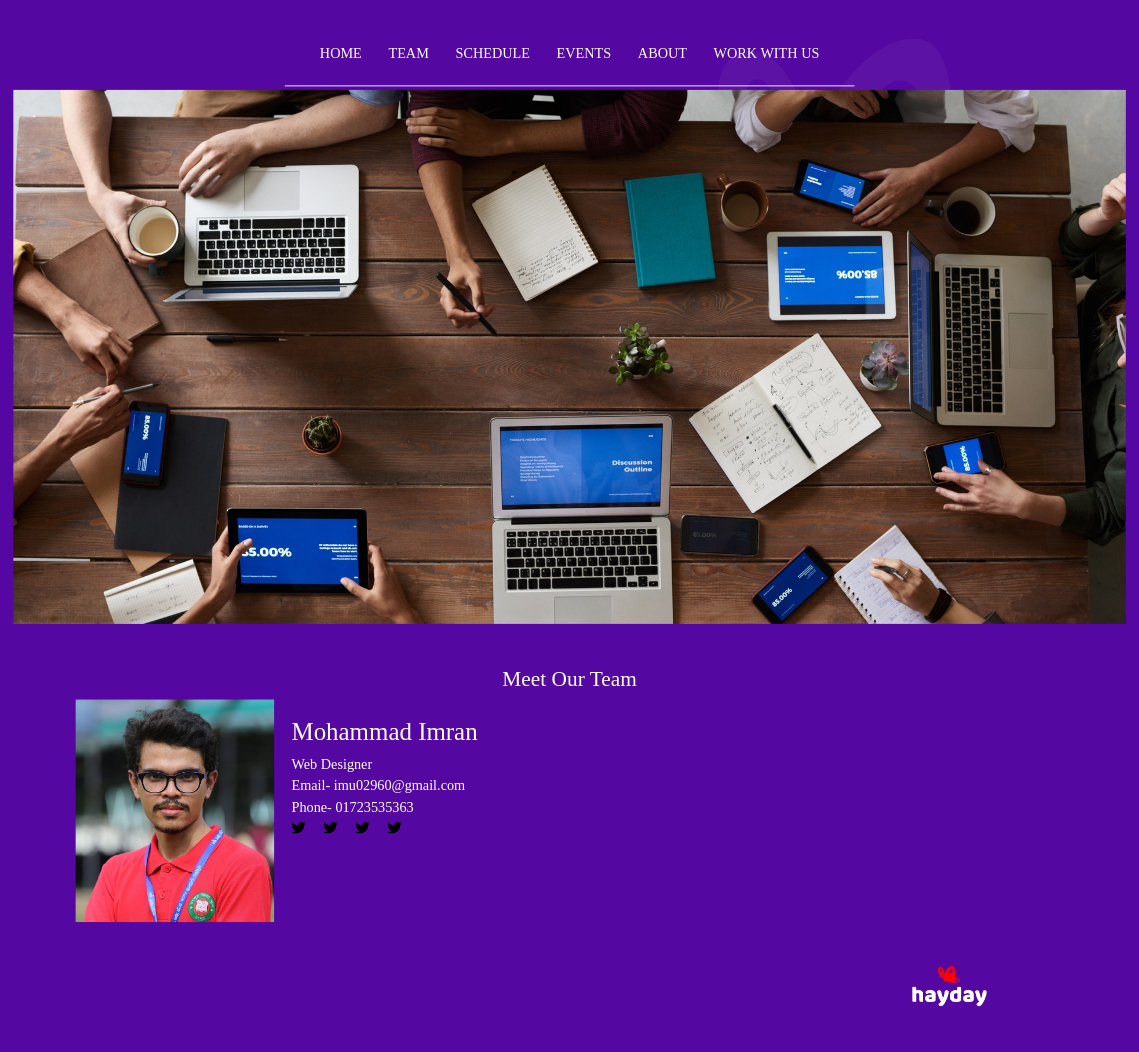
Repository: im1971/company-web
Page: team.html
These files come from the project's save history. The page is drawn as it stood at one moment and after the next save; the edit follows.
The browser window is 1280 px wide. The pictures show the whole page, at 89% of full size.
Some web fonts or font styles are not loaded; a fallback is used.

Above is the page before, as saved 2020-01-27 17:34:00.

### team.html
<!DOCTYPE html>
<html>

<head>
    <title>hayday</title>
    <link rel="shortcut icon" type="img/x-icon" href="img/fav.png" />
    <link rel="stylesheet" href="css/mdb.min.css">
    <link rel="stylesheet" href="css/bootstrap.min.css">
    <link rel="stylesheet" href="css/fontawesome.min.css">
    <link rel="stylesheet" href="css/all.min.css">
    <link rel="stylesheet" href="css/style.css">
    <!-- fonts -->
    <link href="https://fonts.googleapis.com/css?family=Baloo+Bhai&display=swap" rel="stylesheet">
    <!-- fonts -->

</head>

<body>

    <div class="wrap_hayday">
        <div class="back_img"></div>
        <div class="container-fluid">
            <div class="row justify-content-center pb-1">
                <div class="col-md-12">
                    <nav class="navbar navbar-expand-lg">
                        <button class="navbar-toggler" type="button" data-toggle="collapse" data-target="#navbarSupportedContent" aria-controls="navbarSupportedContent" aria-expanded="false" aria-label="Toggle navigation">
                          <span class="navbar-toggler-icon"></span>
                        </button>

                        <div class="collapse navbar-collapse" id="navbarSupportedContent">

                            <ul class="navbar-nav m-auto text-uppercase">
                                <li class="nav-item active">
                                    <a class="nav-link" href="index.html">Home</a>
                                </li>
                                <li class="nav-item">
                                    <a class="nav-link" href="team.html">Team</a>
                                </li>
                                <li class="nav-item">
                                    <a class="nav-link" href="#">SCHEDULE</a>
                                </li>
                                <li class="nav-item">
                                    <a class="nav-link" href="#">Events</a>
                                </li>
                                <li class="nav-item">
                                    <a class="nav-link" href="#">About</a>
                                </li>
                                <li class="nav-item">
                                    <a class="nav-link" href="workWithUs.html">Work With us</a>
                                </li>
                            </ul>
                        </div>
                    </nav>
                </div>
                <div class="col-md-6 border_deco pt-3"></div>
            </div>
            <div class="row justify-content-center team">
                <div class="col-md-12 grid">
                    <div class="team_image"></div>
                </div>
                <div class="col-md-12 mt-5">
                    <div class="container">
                        <h4 class="text-center">Meet Our Team</h4>
                        <div class="custom_border"></div>
                        <div class="row team_deco">
                            <div class="col-md-6">
                                <div class="row">
                                    <div class="col-md-5 pr-0">
                                        <div class="team_member_image"></div>
                                    </div>
                                    <div class="col-md-7 pl-0">
                                        <!-- <div class="card"> -->
                                        <div class="card-body">
                                            <h3>Mohammad Imran</h3>
                                            <p>Web Designer</p>
                                            <p>Email- imu02960@gmail.com</p>
                                            <p>Phone- 01723535363</p>
                                            <ul>
                                                <li><i class="fab fa-twitter"></i></li>
                                                <li><i class="fab fa-twitter"></i></li>
                                                <li><i class="fab fa-twitter"></i></li>
                                                <li><i class="fab fa-twitter"></i></li>
                                            </ul>
                                        </div>
                                        <!-- <div class="card-footer"> -->

                                        <!-- </div> -->
                                        <!-- </div> -->
                                    </div>
                                </div>
                            </div>
                        </div>
                    </div>
                </div>
            </div>
            <div class="row justify-content-end my-5">
                <div class="col-md-4 m-autp">
                    <div class="middle_body">
                        <div class="logo">
                            <img src="img/logo.png" alt="" style="height: 50px">
                        </div>
                        <!-- <p>Read about our Inspiration</p> -->
                    </div>
                </div>
            </div>
        </div>
    </div>
    </div>



    <!-- <script src="https://code.jquery.com/jquery-3.4.1.slim.min.js" integrity="sha384-J6qa4849blE2+poT4WnyKhv5vZF5SrPo0iEjwBvKU7imGFAV0wwj1yYfoRSJoZ+n" crossorigin="anonymous"></script>
    <script src="https://cdn.jsdelivr.net/npm/popper.js@1.16.0/dist/umd/popper.min.js" integrity="sha384-Q6E9RHvbIyZFJoft+2mJbHaEWldlvI9IOYy5n3zV9zzTtmI3UksdQRVvoxMfooAo" crossorigin="anonymous"></script>
    <script src="https://stackpath.bootstrapcdn.com/bootstrap/4.4.1/js/bootstrap.min.js" integrity="sha384-wfSDF2E50Y2D1uUdj0O3uMBJnjuUD4Ih7YwaYd1iqfktj0Uod8GCExl3Og8ifwB6" crossorigin="anonymous"></script> -->

    <script type="text/javascript" src="js/jquery.min.js"></script>
    <!-- Bootstrap tooltips -->
    <script type="text/javascript" src="js/popper.min.js"></script>
    <!-- Bootstrap core JavaScript -->
    <script type="text/javascript" src="js/bootstrap.min.js"></script>
    <!-- MDB core JavaScript -->
    <script type="text/javascript" src="js/mdb.min.js"></script>


</body>

</html>

### css/style.css
body {
    padding: 0;
    margin: 0;
    background: #5407A1 !important;
    color: #fff !important;
    font-family: 'Baloo Bhai', cursive;
    position: relative;
}


/* global */

html {
    overflow: scroll;
    overflow-x: hidden;
}

::-webkit-scrollbar {
    width: 0px;
    /* Remove scrollbar space */
    background: transparent;
    /* Optional: just make scrollbar invisible */
}


/* Optional: show position indicator in red */

::-webkit-scrollbar-thumb {
    background: #FF0000;
}


/* global */

.back_img {
    background-image: url(../img/back.png);
    height: 350px;
    width: 600px;
    position: absolute;
    background-position: center center;
    background-size: cover;
    opacity: 5%;
    /* top: 30%; */
    right: 0;
}


/* header */

.wrap_hayday .navbar {
    box-shadow: none;
}

.wrap_hayday .container-fluid {
    min-height: 100vh;
}

.wrap_hayday nav .nav-link {
    padding-right: 15px !important;
    padding-left: 15px !important;
    color: #fff;
    font-family: 'Baloo Bhai', cursive;
}

.wrap_hayday .border_deco {
    border-bottom: .25px solid #fff;
}

.wrap_hayday nav .nav-link:hover {
    color: #FF0000;
    transition-duration: 0.5s;
}

.wrap_hayday .navbar {
    padding: 40px;
    padding-bottom: 0;
}


/* header */


/* middle body */

.wrap_hayday .middle_body {
    text-align: center;
}

.wrap_hayday .middle_body .logo img {
    /* background-image: url(logo.png); */
    height: 100px;
}

.wrap_hayday .others_page_middle {
    text-align: center;
    position: absolute;
    right: 30px;
    bottom: 0;
}

.wrap_hayday .others_page_middle img {
    height: 70px;
}


/* middle body */


/* footer-body */

.myprogress {
    min-width: 100%;
    margin: 0px auto;
    text-align: center;
}

.myprogress .circle {
    display: inline-block;
    background: #fff;
    width: 50px;
    height: 50px;
    border-radius: 80px;
    border: 1px solid #d5d5da;
    cursor: pointer;
}

.myprogress .circle:hover {
    background: #FF0000;
    color: #5407A1;
    transition-duration: 0.5s;
}

.myprogress .bar {
    position: relative;
    width: 100px;
    padding-right: 15px;
    font-family: none;
    /* height: 2px; */
    /* top: 10px; */
    /* border: 0px solid #fff; */
}

.myprogress .circle .label {
    display: inline-block;
    width: 40px;
    height: 40px;
    line-height: 30px;
    border-radius: 40px;
    font-size: 24px;
}

.myprogress .circle .title {
    color: #5407A1;
    font-size: 24px;
    line-height: 50px;
    cursor: pointer;
}

.myprogress .circle .title:hover {
    color: #fff;
}

.myprogress i {
    font-size: 11px;
}

.myprogress .abc {
    animation: pulse 1s infinite;
    color: #FF0000;
}

.myprogress .pulse {
    -webkit-animation-duration: 3s;
    -webkit-animation-delay: 2s;
    -webkit-animation-iteration-count: 5;
}


/* footer-body */


/* about hayday */

.accordion .card-header {
    padding: 0;
    background: #5407A1;
    margin-bottom: 0;
}

.accordion .card-header .btn-link {
    color: #fff;
    padding: 0;
}

.accordion .card {
    border: none;
    border-radius: 0;
}

.accordion i {
    position: absolute;
    right: 10px;
    top: 5px;
}

.accordion p {
    color: #000;
    font-family: serif;
    font-size: 15px;
}

.accordion h4 {
    color: #000;
    font-family: serif;
    font-weight: 700 !important;
    font-size: 22px;
}


/* about hayday */


/* work with us */

.outreach table.table th,
table.table td {
    padding: 3px 20px;
    color: #fff;
    border: none;
    font-family: auto;
}


/* work with us */


/* team */

.team .team_image {
    background-image: url(../img/team/team-back.jpg);
    height: 600px;
    background-position: center center;
    background-size: cover;
}

.team_deco .team_member_image {
    background-image: url(../img/team/management/imran.jpg);
    height: 250px;
    background-size: cover;
    /* width: 200px; */
}

.team_deco .card-body {
    color: #fff;
    font-family: auto;
    height: 250px;
}

.team_deco p {
    margin-bottom: 0;
}

.team_deco ul {
    padding-left: 0;
    margin-bottom: 0;
    display: flex;
    color: #000;
    list-style-type: none;
}

.team_deco ul li {
    padding-right: 20px;
}


/* team */

.sponsor_footer p {
    font-family: auto;
    font-size: 14px;
}

.sponsor_footer p b {
    color: #FF0000;
}

Loaded but not shown: css/mdb.min.css (library); css/bootstrap.min.css (library); css/fontawesome.min.css (library); css/all.min.css (library); js/jquery.min.js (library); js/popper.min.js (library); js/bootstrap.min.js (library); js/mdb.min.js (library)

After the next save:
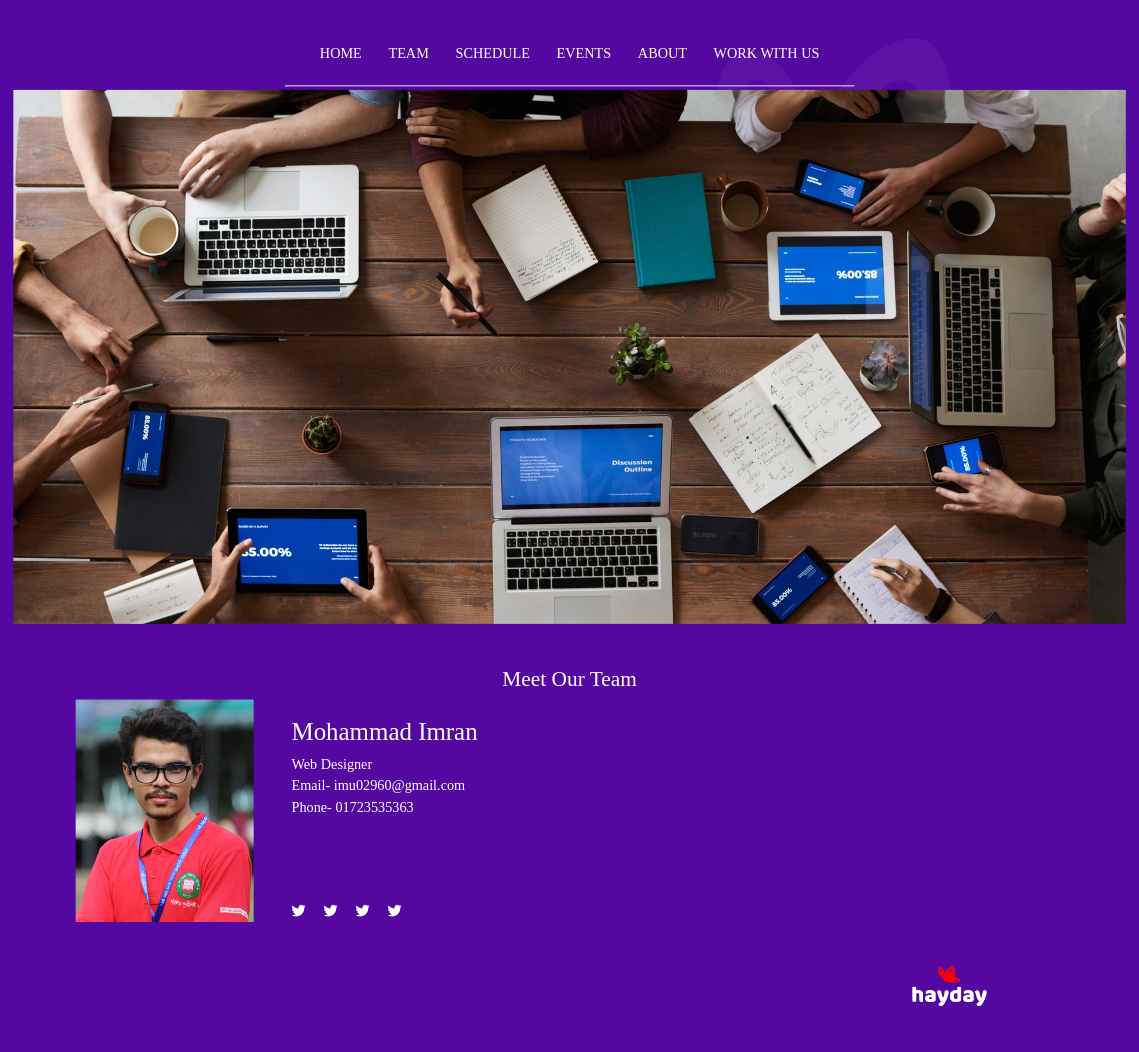
Saved 69 s later.
--- a/css/style.css
+++ b/css/style.css
@@ -247,7 +247,7 @@ table.table td {
     background-image: url(../img/team/management/imran.jpg);
     height: 250px;
     background-size: cover;
-    /* width: 200px; */
+    width: 200px;
 }
 
 .team_deco .card-body {
@@ -264,8 +264,10 @@ table.table td {
     padding-left: 0;
     margin-bottom: 0;
     display: flex;
-    color: #000;
     list-style-type: none;
+    position: absolute;
+    bottom: 0;
+    color: #fff;
 }
 
 .team_deco ul li {

After the save that followed:
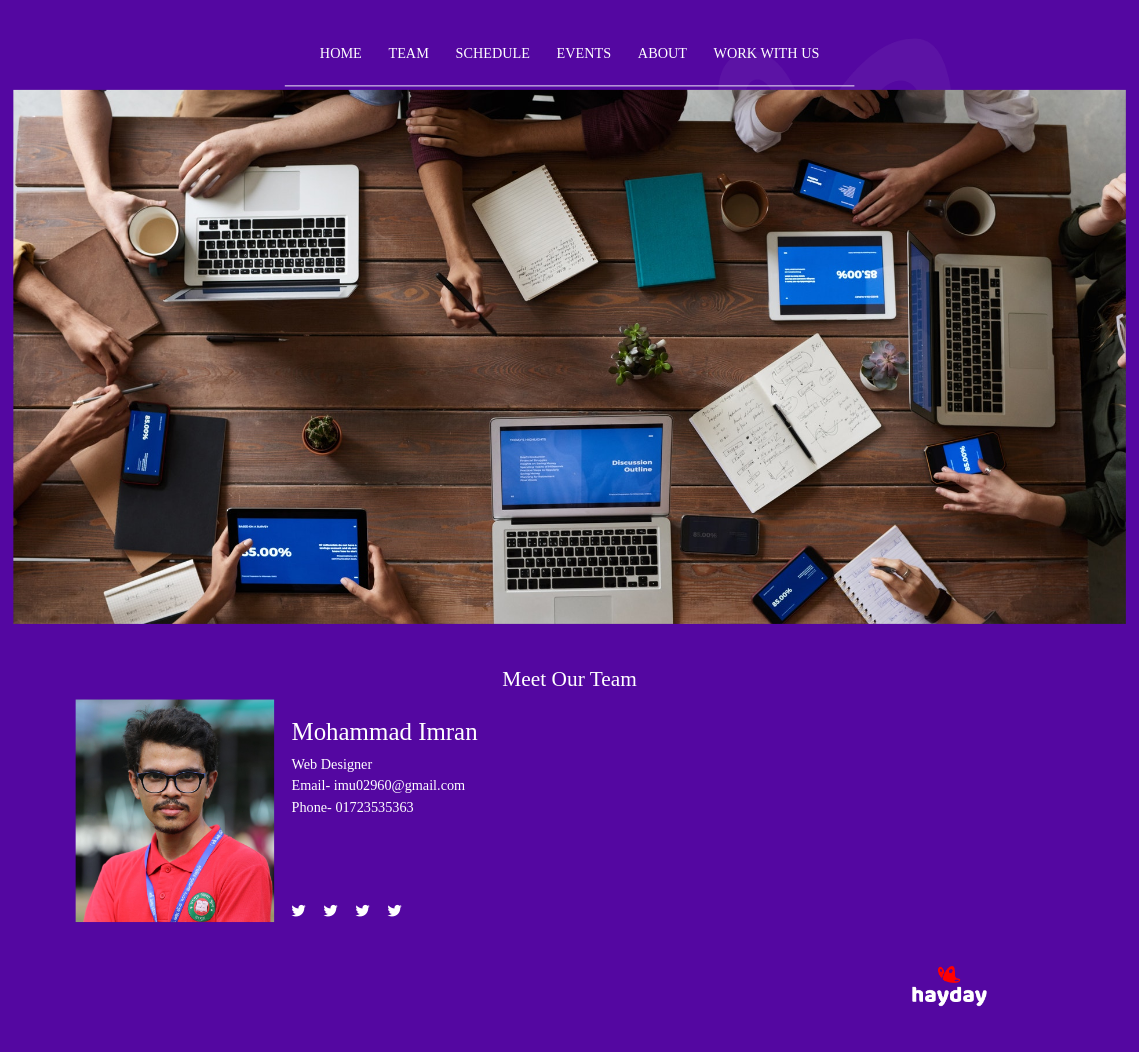
Saved 19 s later.
--- a/css/style.css
+++ b/css/style.css
@@ -247,7 +247,7 @@ table.table td {
     background-image: url(../img/team/management/imran.jpg);
     height: 250px;
     background-size: cover;
-    width: 200px;
+    /* width: 200px; */
 }
 
 .team_deco .card-body {
